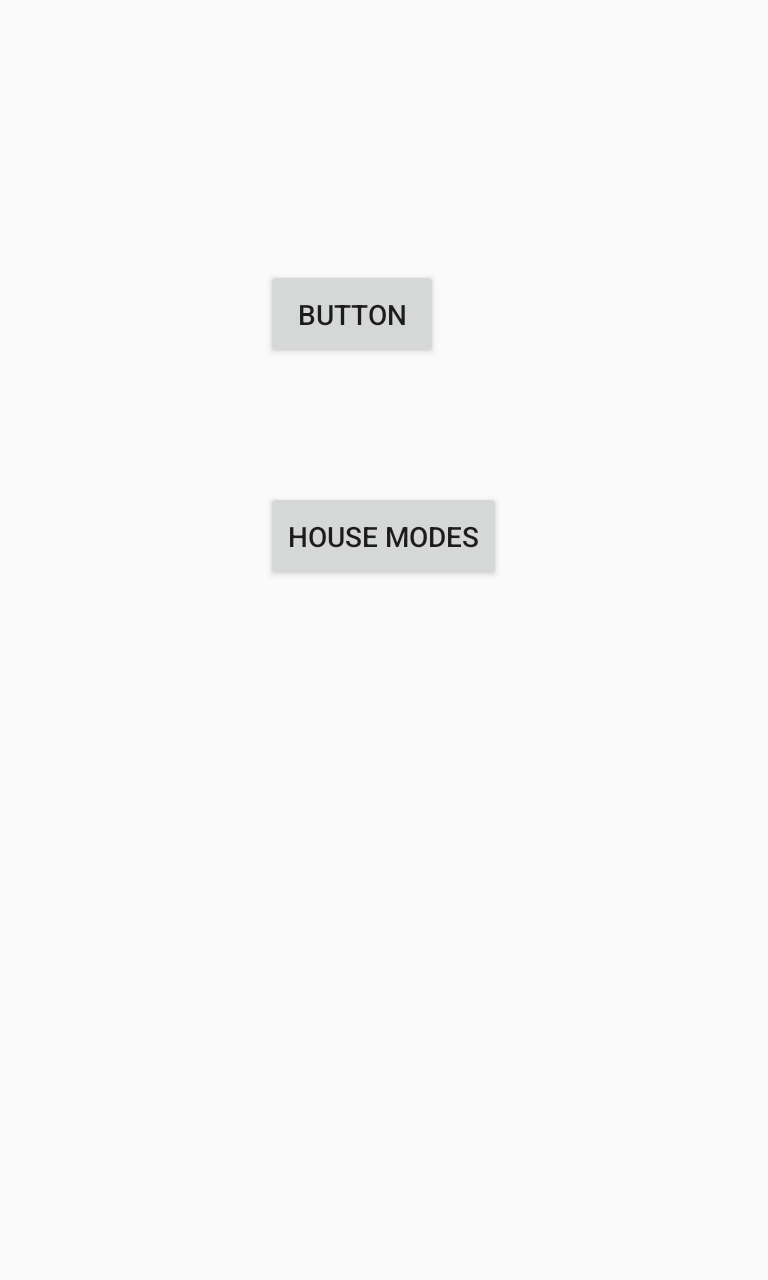
Repository: LogInc/oscar_app
Layout: Android/Oscar/res/layout/activity_home.xml
An editor plug-in stored every save of this project. The layout is shown before and after the next save, followed by the edit.
It is drawn on a 768 x 1280 px phone screen (xhdpi) without system bars, with theme AppTheme; the app's code is not run.

Above is the layout before, as saved 2015-02-19 13:25:49.

### Android/Oscar/res/layout/activity_home.xml
<RelativeLayout xmlns:android="http://schemas.android.com/apk/res/android"
    xmlns:tools="http://schemas.android.com/tools"
    android:layout_width="match_parent"
    android:layout_height="match_parent"
    tools:context="${relativePackage}.${activityClass}" >

    <Button
        android:id="@+id/button2"
        android:layout_width="wrap_content"
        android:layout_height="wrap_content"
        android:layout_below="@+id/button1"
        android:layout_centerHorizontal="true"
        android:layout_marginTop="63dp"
        android:text="@string/Modes" />

    <Button
        android:id="@+id/button1"
        android:layout_width="wrap_content"
        android:layout_height="wrap_content"
        android:layout_alignLeft="@+id/button2"
        android:layout_alignParentTop="true"
        android:layout_marginTop="133dp"
        android:text="Button" />

</RelativeLayout>

### Android/Oscar/res/values/strings.xml
<?xml version="1.0" encoding="utf-8"?>
<resources>

    <string name="app_name">Oscar</string>
    <string name="title_activity_login">Login</string>
    <string name="hello_world">Hello world!</string>
    <string name="Password">Password</string>
    <string name="Username">Username</string>
    <string name="SignIn">Sign In</string>
    <string name="title_activity_home">Home</string>
    <string name="Modes">House Modes</string>
    <string name="OscarHouse">Enter Oscar Home</string>

</resources>

Loaded but not shown: Android/Oscar/res/values/styles.xml (common file); Android/Oscar/res/values-v11/styles.xml (common file); Android/Oscar/res/values-v14/styles.xml (common file)

After the next save:
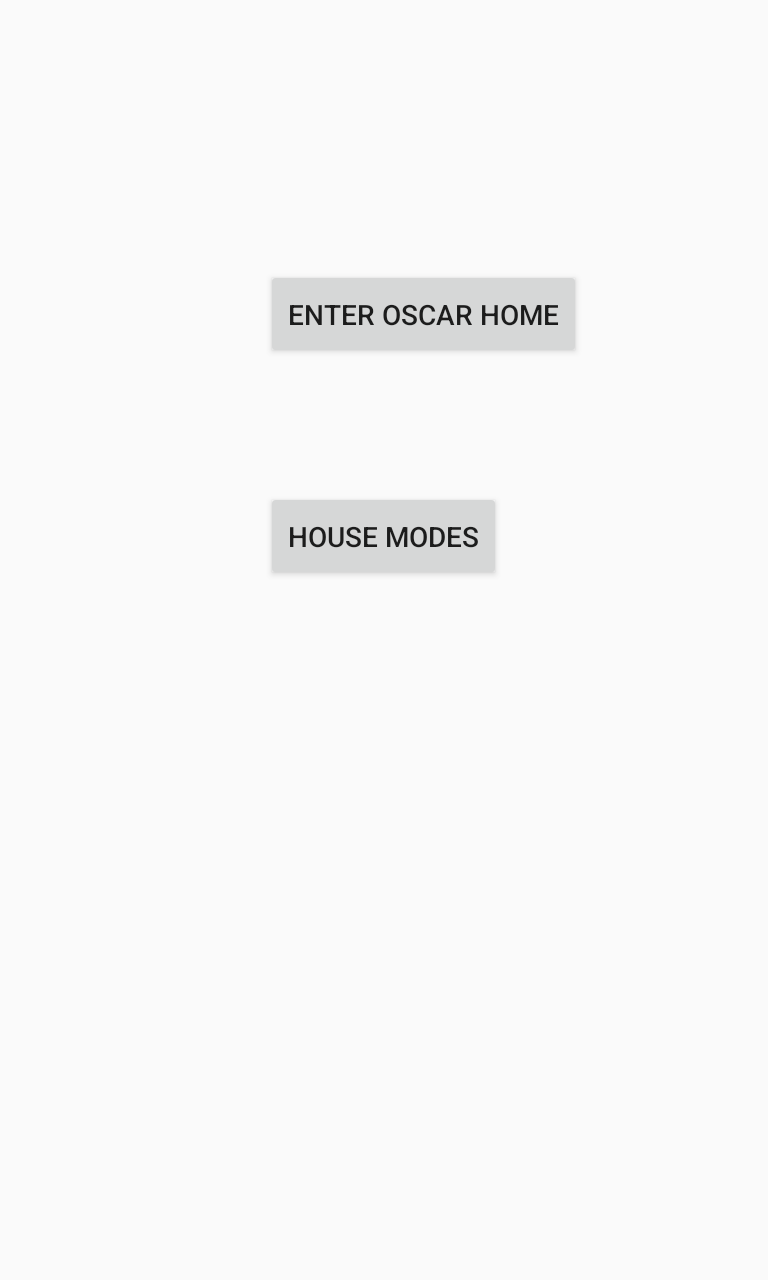
Saved 35 s later.
--- a/Android/Oscar/res/layout/activity_home.xml
+++ b/Android/Oscar/res/layout/activity_home.xml
@@ -20,6 +20,6 @@
         android:layout_alignLeft="@+id/button2"
         android:layout_alignParentTop="true"
         android:layout_marginTop="133dp"
-        android:text="Button" />
+        android:text="@string/OscarHouse" />
 
 </RelativeLayout>
